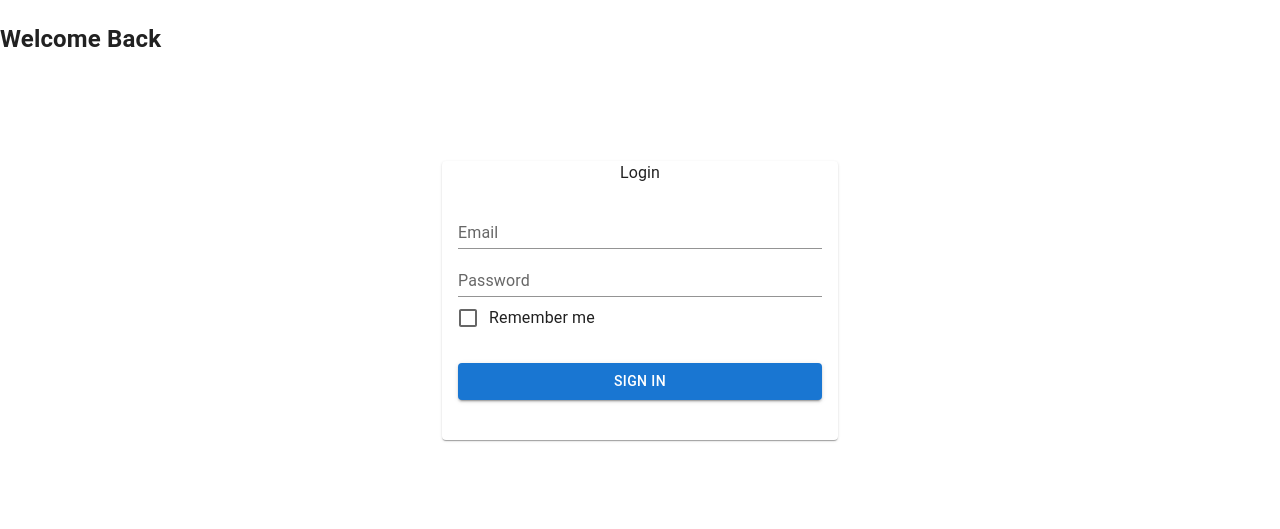
Repository: NGHIAVN1/Note
Page: /
The author's editor kept a copy of each file at every save. The page is drawn from the files as they stood at one save, then again after the next save.
The browser window is 1280 px wide. The pictures show the whole page.
The project was rebuilt for these pictures with package versions that can differ from the ones it lists, and the page was loaded fresh each time. Also part of the build but not shown: vite.config.js, src/Register.jsx, src/Pet.jsx, src/useBreedList.jsx, src/SearchParams.jsx.

Above is the page before, as saved 2024-03-05 18:40:15.

After the next save:
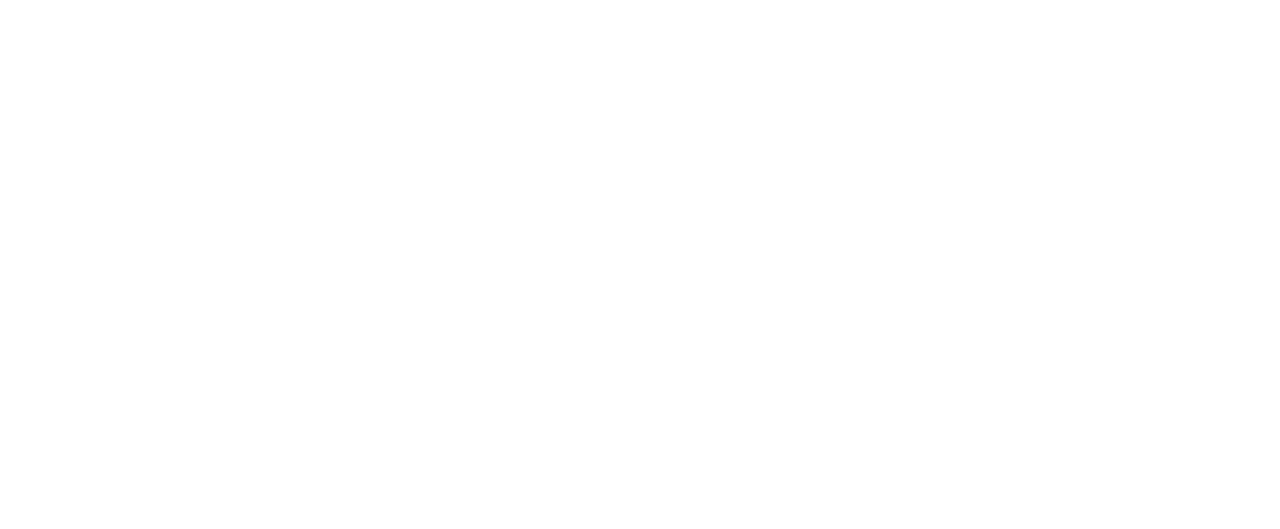
Console error (its wording comes from the project's code and is left out).
Saved 10 s later.
--- a/src/LoginPages.jsx
+++ b/src/LoginPages.jsx
@@ -40,12 +40,7 @@
             </Typography>
             <Box component="form" submit>
               <CardContent>
-                <TextField
-                  variant="standard"
-                  label="Email"
-                  fullWidth
-                  margin="nomal"
-                />
+                <TextField variant="standard" label="Email" fullWidth margin />
                 <TextField variant="standard" label="Password" fullWidth />
                 <FormControlLabel
                   control={<Checkbox value="remember" color="primary" />}

After the save that followed:
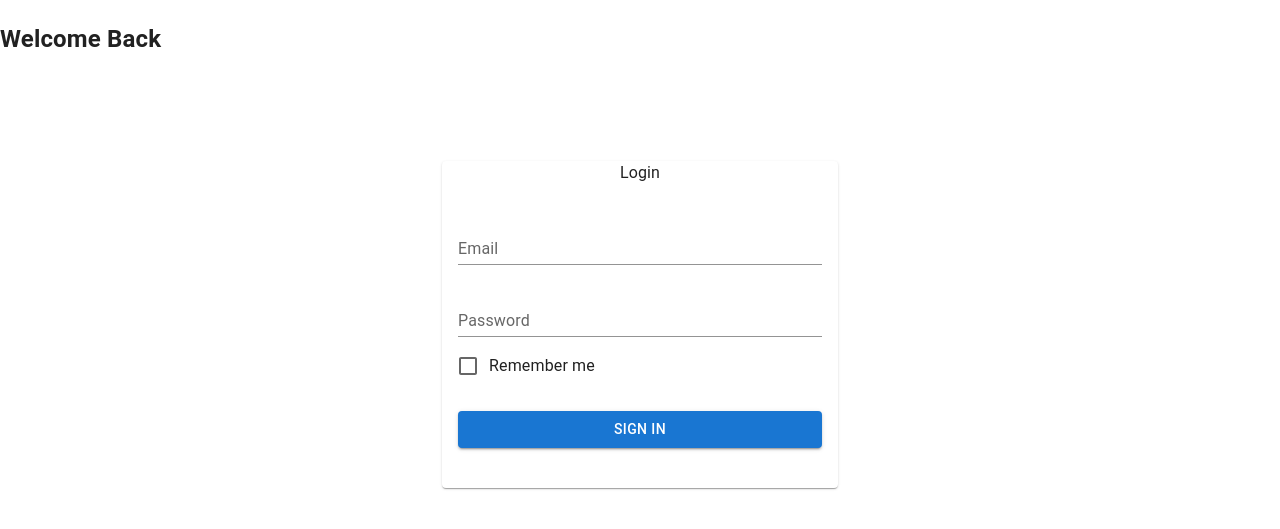
The error is gone.
Saved 72 s later.
--- a/src/LoginPages.jsx
+++ b/src/LoginPages.jsx
@@ -40,8 +40,18 @@
             </Typography>
             <Box component="form" submit>
               <CardContent>
-                <TextField variant="standard" label="Email" fullWidth margin />
-                <TextField variant="standard" label="Password" fullWidth />
+                <TextField
+                  variant="standard"
+                  label="Email"
+                  fullWidth
+                  margin="normal"
+                />
+                <TextField
+                  variant="standard"
+                  label="Password"
+                  fullWidth
+                  margin="normal"
+                />
                 <FormControlLabel
                   control={<Checkbox value="remember" color="primary" />}
                   label="Remember me"
